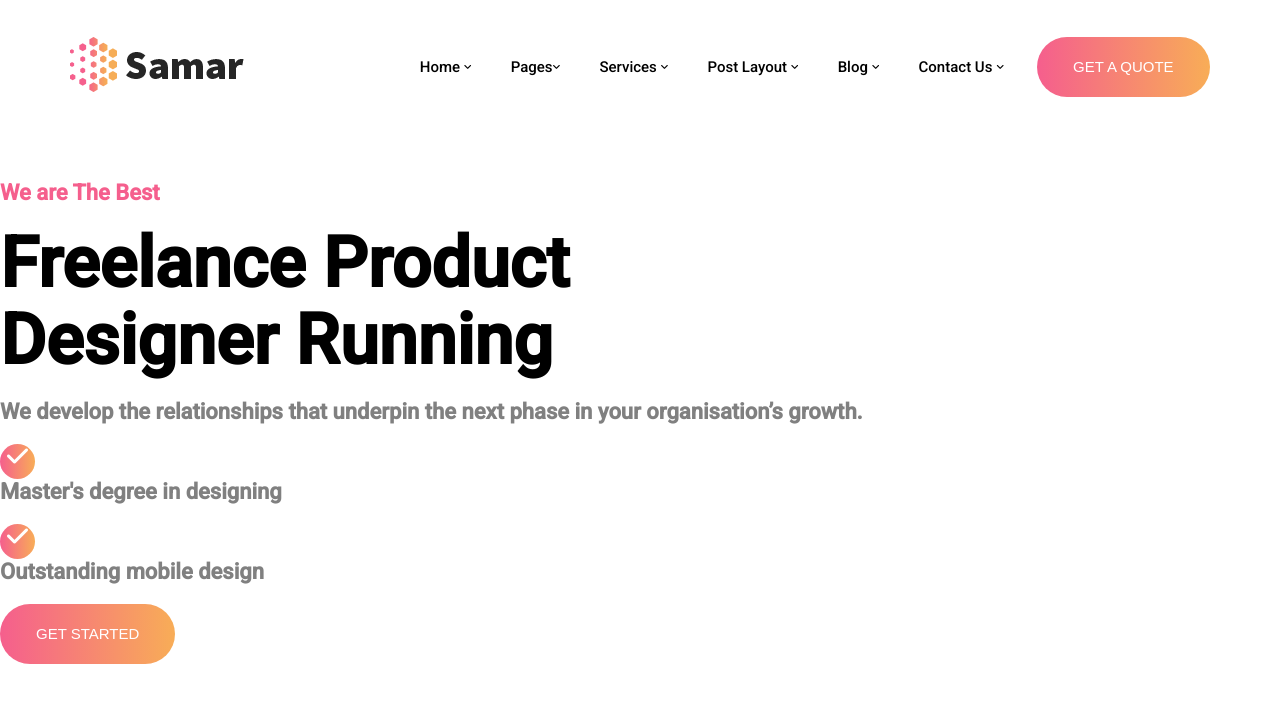
Repository: truongcongtrung2709/truongcongtrung__samar
Page: index.html
An editor plug-in stored every save of this project. The page is shown before and after the next save, followed by the edit.
The browser window is 1280 px wide. The pictures show the whole page.
Some web libraries are served in a nearby version.

Above is the page before, as saved 2022-06-22 21:13:46.

### index.html
<!DOCTYPE html>
<html lang="en">

<head>
  <meta charset="UTF-8">
  <meta http-equiv="X-UA-Compatible" content="IE=edge">
  <meta name="viewport" content="width=device-width, initial-scale=1.0">
  <title>Samar</title>
  <link rel="stylesheet" href="style.css">
  <link rel="stylesheet" href="https://cdnjs.cloudflare.com/ajax/libs/font-awesome/6.1.1/css/all.min.css"
    integrity="sha512-KfkfwYDsLkIlwQp6LFnl8zNdLGxu9YAA1QvwINks4PhcElQSvqcyVLLD9aMhXd13uQjoXtEKNosOWaZqXgel0g=="
    crossorigin="anonymous" referrerpolicy="no-referrer" />
  <link rel="preconnect" href="https://fonts.googleapis.com">
  <link rel="preconnect" href="https://fonts.gstatic.com" crossorigin>
  <link href="https://fonts.googleapis.com/css2?family=Oswald:wght@200&family=Roboto:wght@500&display=swap"
    rel="stylesheet">
</head>

<body>
  <header>
    <div class="container">
      <div class="header__content">
        <div class="logo">
          <a href=""><img src="./images/logo-2.png" alt=""></a>
        </div>
        <div class="menu">
          <ul>
            <li><a href=""><span>Home</span> <i class="fa-solid fa-angle-down"></i></a></li>
            <li><a href="">
                <span>Pages</span><i class="fa-solid fa-angle-down"></i></a></li>
            <li><a href=""><span>Services</span> <i class="fa-solid fa-angle-down"></i></a></li>
            <li><a href=""><span>Post Layout</span> <i class="fa-solid fa-angle-down"></i></a></li>
            <li><a href=""><span>Blog</span> <i class="fa-solid fa-angle-down"></i></a></li>
            <li><a href=""><span>Contact Us</span> <i class="fa-solid fa-angle-down"></i></a></li>
          </ul>
          <div class="header__button">
            <button class="linear-gradient-btn">GET A QUOTE</button>
          </div>

        </div>
      </div>
    </div>
  </header>
  <section id="intro">
    <div class="container">
      <div class="intro__content">
        <div class="intro__left">
          <p>We are The Best</p>
          <h1>Freelance Product<br>Designer Running</h1>
          <p class="text__gray">We develop the relationships that underpin the next phase in your
            organisation’s growth.</p>
          <ul>
            <li>
              <i class="fa-solid fa-check check-icon-gradient"></i>
              <p class="text__gray">Master's degree in designing</p>
            </li>
            <li>
              <i class="fa-solid fa-check check-icon-gradient"></i>
              <p class="text__gray">Outstanding mobile design</p>
            </li>
          </ul>
          <div class="intro__button">
            <button class="linear-gradient-btn">GET STARTED</button>
          </div>
        </div>
        <div class="intro-right">

        </div>
      </div>
    </div>
  </section>
</body>

</html>

### style.css
*{
  padding: 0;
  margin: 0;
  box-sizing: border-box;

}
body{
  position: relative;
  font-family: Roboto,sans-serif;
}
h1{
  font-size: 70px;
    line-height: 1.1;
    font-weight: 800;
    color: black;
    margin-bottom: 20px;
}
p{
  font-weight: 600;
  font-size: 22px;
  margin-bottom: 20px;
  color: #f55f8d;
}
.text__gray{
  font-size: 22px;
  margin-bottom: 20px;
  color:gray !important;
}
.linear-gradient-btn{
  padding: 20px 35px;
  font-size:15px;
  border-radius: 30px;
  border: 1px solid transparent;
  color: white;
  background-image:linear-gradient(to right,#f55f8d 0,#f8ae56 51%,#f55f8d 100%);
  transition: all .5s ;
  cursor: pointer;
  line-height: 1.2;
  background-size: 200%;
  outline: none;
  }
.linear-gradient-btn:hover{
    background-position: right center;
}
.fa-check{
    width: 35px;
    height: 35px;
    line-height: 35px;
    text-align: center;
    background-image: linear-gradient(to right,#f55f8d 0,#f8ae56 51%,#f55f8d 100%);
    border-radius: 35px;
    font-size: 24px;
    color: white;
    font-weight: 900;
    background-size: 200%;
    margin-right: 10px;
}
/* ----------------------Header---------------------- */
header{
    position: absolute;
    width: 100%;
    top: 0;
    left: 0;
}
header .container{
  width: 89%;
  margin: 0 auto;
}
header .container .header__content{
    display: flex;
    justify-content: space-between;
    align-items: center;
}
.menu{
  display:flex;
  align-items: center;
}
.menu ul{
    display: flex;
    list-style: none;
}
.menu ul li{
  padding: 57px 6px;
}
.menu ul li a{
  text-decoration: none;
  color: black;
  font-size: 15px;
  margin-right:27px;
  font-weight: 500;
}
.menu ul li a span{
  display:inline-block;
}
.menu ul li:hover i{
  color:#f55f8d;
}
.menu ul li:hover span{
  color:#f55f8d;
  animation:upDown .3s forwards;
}
@keyframes upDown {
  60%{
    transform: translateY(20px);
  }
  70%{
    opacity: 0;
    transform: translateY(-20px);
  }
  80%{
    opacity: 1;
  }
}
.menu ul i{
  font-size: 9px;
    margin-top: -3px;
    vertical-align: middle;
}
/* ----------Intro---------- */
#intro{
  padding-top: 180px;
}
}
.intro__content{}

After the next save:
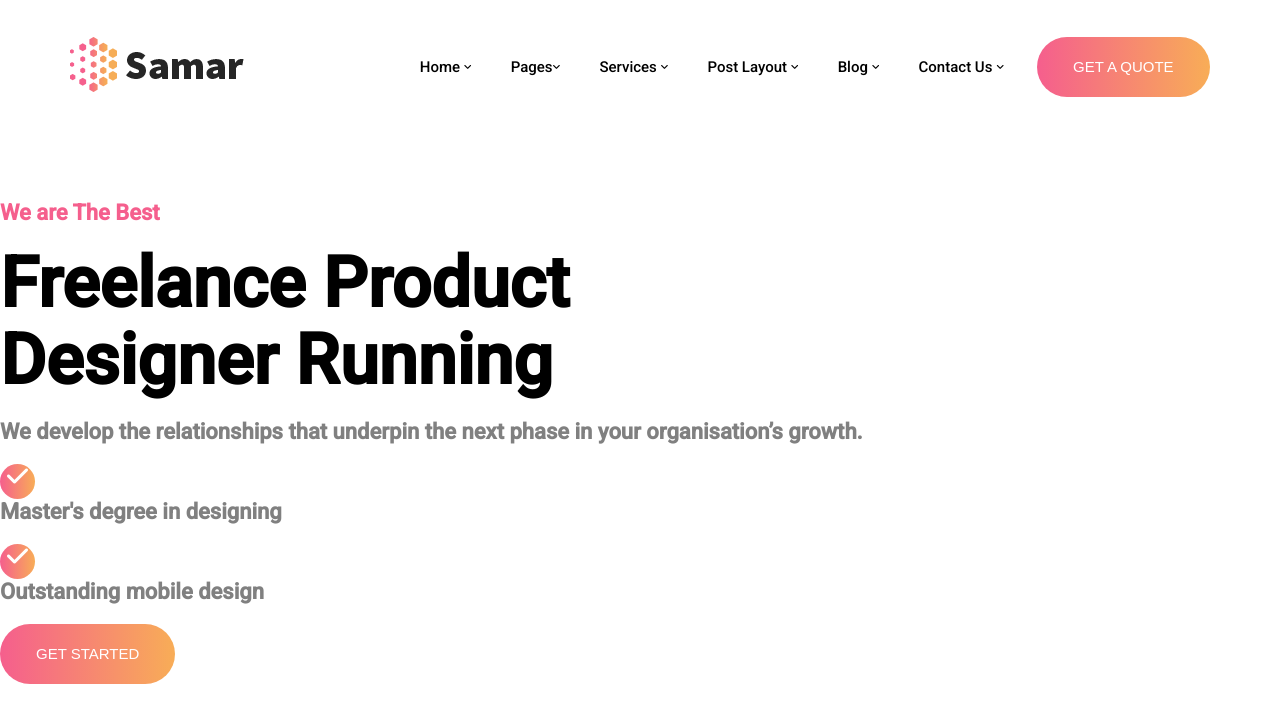
Saved 12 s later.
--- a/style.css
+++ b/style.css
@@ -118,7 +118,7 @@ header .container .header__content{
 }
 /* ----------Intro---------- */
 #intro{
-  padding-top: 180px;
+  padding-top: 200px;
 }
 }
 .intro__content{}
